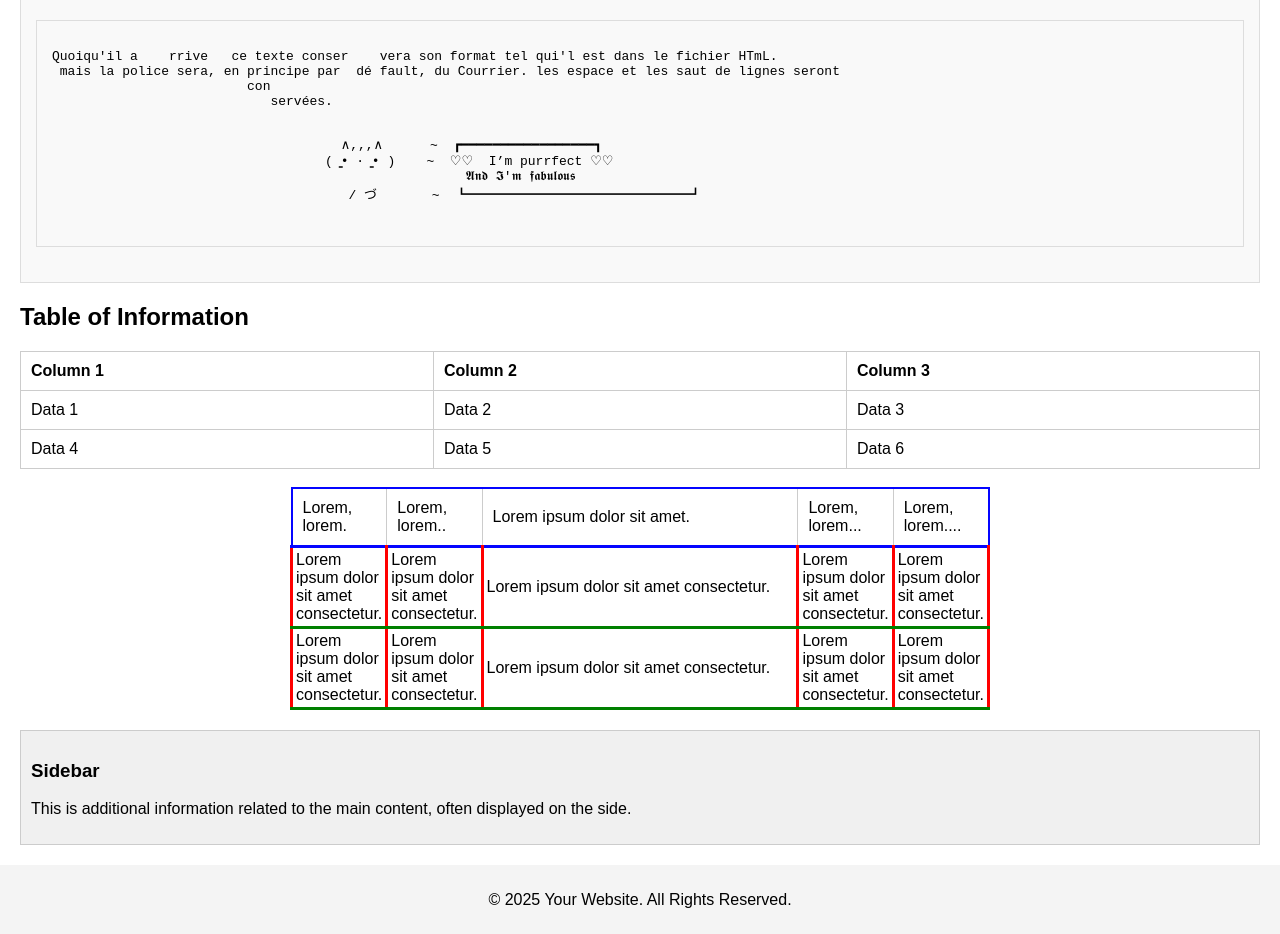
Repository: AnnaSpirit/2025_
Page: Bases/Base.html
The author's editor kept a copy of each file at every save. The page is drawn from the files as they stood at one save, then again after a run of saves.
The browser window is 1280 px wide. The pictures show the part of the page from y = 2138 to 3090 px (the page is 3072 px tall before and 3090 px after).
A picture or video elsewhere on the page could not be fetched, so the positions and the page height are approximate.

Above is the page before, as saved 2025-01-09 11:13:52.
Not found: Bases/styles.css

### Bases/Base.html
<!DOCTYPE html>
<html lang="en"> <!-- Définit le type de document et la langue de la page -->

<head>
	<meta charset="UTF-8"> <!-- Spécifie l'encodage des caractères -->
	<meta name="viewport" content="width=device-width, initial-scale=1.0"> <!-- Mise en page responsive -->
	<meta http-equiv="X-UA-Compatible" content="IE=edge"> <!-- Compatibilité IE -->
	<meta name="description" content="A comprehensive HTML structure template with semantic elements">
	<!-- Description pour SEO -->
	<meta name="keywords" content="HTML, template, semantic structure"> <!-- Mots-clés SEO -->
	<meta name="author" content="Your Name"> <!-- Auteur du document -->
	<title>Base HTML Structure with Semantics</title> <!-- Titre affiché dans l'onglet du navigateur -->
	<link rel="stylesheet" href="styles.css"> <!-- Lien vers une feuille de style externe -->
	<link rel="icon" type="image/png" href="favicon.png"> <!-- Icône de la page -->
	<style>
		body {
			font-family: Arial, sans-serif;
			margin: 0;
			padding: 0;
		}

		header,
		footer {
			background-color: #f4f4f4;
			padding: 10px;
			text-align: center;
		}

		nav {
			background-color: #ddd;
			padding: 10px;
		}

		nav ul {
			list-style: none;
			padding: 0;
			display: flex;
			justify-content: space-around;
		}

		nav ul li {
			margin: 0 10px;
		}

		main {
			padding: 20px;
		}

		article {
			margin-bottom: 20px;
			padding: 15px;
			background-color: #f9f9f9;
			border: 1px solid #ddd;
		}

		section {
			margin-bottom: 20px;
		}

		aside {
			background-color: #f0f0f0;
			padding: 10px;
			border: 1px solid #ccc;
		}

		table {
			width: 100%;
			border-collapse: collapse;
		}

		table,
		th,
		td {
			border: 1px solid #ccc;
		}

		th,
		td {
			padding: 10px;
			text-align: left;
		}
	</style>
</head>

<body>

	<!-- Header Section -->
	<header>
		<h1>Header 1</h1>
		<h2>Welcome to the Semantic HTML Page</h2>
	</header>

	<!-- Navigation Menu -->
	<nav>
		<ul>
			<li><a href="#">Home</a></li>
			<li><a href="#">About</a></li>
			<li><a href="#">Services</a></li>
			<li><a href="#">Contact</a></li>
		</ul>
	</nav>

	<!-- Main Content -->
	<main>
		<!-- Section 1 -->
		<section>
			<h2>Introduction</h2>
			<div>
				<p>This is the first paragraph of the introduction.</p>
			</div>
			<div>
				<p>This is the second paragraph of the introduction, which provides more details.</p>
			</div>
			<div>
				<p>This is the third paragraph of the introduction, concluding the section.</p>
			</div>
		</section>

		<!-- Articles -->
		<section>
			<h2>Articles</h2>
			<article>
				<h3>Article 1</h3>
				<p>This is an article about a specific topic. Articles are useful for displaying self-contained content.
				</p>
				<div>
					<p>Image added from an external link:</p>
					<img src="https://via.placeholder.com/150" alt="Image from external link">
				</div>
				<div>
					<p>Image added from the same directory as the HTML file:</p>
					<img src="local-image.jpg" alt="Image from same directory">
				</div>
				<div>
					<p>Image added from a subfolder named PICT:</p>
					<img src="PICT/subfolder-image.jpg" alt="Image from subfolder">
				</div>
			</article>

			<article>
				<h3>Article 2</h3>
				<p>This is another article providing additional details or stories.</p>
			</article>

			<article>
				<h3>Article 3</h3>
				<p>This article focuses on another unique perspective or topic.</p>
			</article>

			<article>
				<h3>Article 4</h3>
				<p>This is an additional article with valuable content and insights.</p>
			</article>

			<article>
				<h3>Article 5</h3>
				<p>This article discusses an important subject in depth.</p>
			</article>

			<article>
				<h3>Format HTML</h3>
				<article>
					<pre>Quoiqu'il a    rrive   ce texte conser    vera son format tel qui'l est dans le fichier HTmL. <br> mais la police sera, en principe par  dé fault, du Courrier. les espace et les saut de lignes seront
                         con
                            servées.</pre>
					<!-- <pre>  Defines pre-formatted text -->
					<pre> <!-- https://www.messletters.com/fr/ -->
                                     ∧,,,∧      ~  ┏━━━━━━━━━━━━━━━━━┓
                                   ( ̳• · ̳• )    ~  ♡♡  I’m purrfect ♡♡
                                                     𝕬𝖓𝖉 𝕴'𝖒 𝖋𝖆𝖇𝖚𝖑𝖔𝖚𝖘
                                      / づ       ~  ┗━━━━━━━━━━━━━━━━━┛
                    </pre>
				</article>
			</article>
		</section>

		<!-- Table Section -->
		<section>
			<h2>Table of Information</h2>
			<table>
				<thead>
					<tr>
						<th>Column 1</th>
						<th>Column 2</th>
						<th>Column 3</th>
					</tr>
				</thead>
				<tbody>
					<tr>
						<td>Data 1</td>
						<td>Data 2</td>
						<td>Data 3</td>
					</tr>
					<tr>
						<td>Data 4</td>
						<td>Data 5</td>
						<td>Data 6</td>
					</tr>
				</tbody>
			</table>
<br
<br
			<!-- inserer un tableau de 5 sur 3 -->
			<table
				style="width: 700px; height: 100px; margin-left: auto; margin-right: auto; border: 2px solid #0505ff; border-collapse: collapse;">
				<tbody>
					<tr style="border-bottom: 3px solid  background-color: rgb(136, 220, 235);">
						<td>Lorem, lorem.</td>
						<td>Lorem, lorem..</td>
						<td style="width: 300px">Lorem ipsum dolor sit amet.</td>
						<td>Lorem, lorem...</td>
						<td>Lorem, lorem....</td>
					</tr>
					<tr>
						<td
							style="border-top: 3px solid #0505ff; border-bottom: 3px solid green; border-left: 3px solid red; border-right: 3px solid red; padding: 3px; height: 50px;">
							Lorem ipsum dolor sit amet consectetur.</td>
						<td
							style="border-top: 3px solid #0505ff;border-bottom: 3px solid green; border-left: 3px solid red; border-right: 3px solid red; padding: 3px; height: 50px;">
							Lorem ipsum dolor sit amet consectetur.</td>
						<td
							style="border-top: 3px solid #0505ff;border-bottom: 3px solid green; border-left: 3px solid red; border-right: 3px solid red; padding: 3px; height: 50px;">
							Lorem ipsum dolor sit amet consectetur.</td>
						<td
							style="border-top: 3px solid #0505ff;border-bottom: 3px solid green; border-left: 3px solid red; border-right: 3px solid red; padding: 3px; height: 50px;">
							Lorem ipsum dolor sit amet consectetur.</td>
						<td
							style="border-top: 3px solid #0505ff;border-bottom: 3px solid green; border-left: 3px solid red; border-right: 3px solid red; padding: 3px; height: 50px;">
							Lorem ipsum dolor sit amet consectetur.</td>
					</tr>
					<tr>
						<td
							style="border-bottom: 3px solid green; border-left: 3px solid red; border-right: 3px solid red; padding: 3px; height: 50px;">
							Lorem ipsum dolor sit amet consectetur.</td>
						<td
							style="border-bottom: 3px solid green; border-left: 3px solid red; border-right: 3px solid red; padding: 3px; height: 50px;">
							Lorem ipsum dolor sit amet consectetur.</td>
						<td
							style="border-bottom: 3px solid green; border-left: 3px solid red; border-right: 3px solid red; padding: 3px; height: 50px;">
							Lorem ipsum dolor sit amet consectetur.</td>
						<td
							style="border-bottom: 3px solid green; border-left: 3px solid red; border-right: 3px solid red; padding: 3px; height: 50px;">
							Lorem ipsum dolor sit amet consectetur.</td>
						<td
							style="border-bottom: 3px solid green; border-left: 3px solid red; border-right: 3px solid red; padding: 3px; height: 50px;">
							Lorem ipsum dolor sit amet consectetur.</td>
					</tr>
				</tbody>
			</table>
		</section>

		<!-- Sidebar -->
		<aside>
			<h3>Sidebar</h3>
			<p>This is additional information related to the main content, often displayed on the side.</p>
		</aside>
	</main>

	<!-- Footer Section -->
	<footer>
		<p>&copy; 2025 Your Website. All Rights Reserved.</p>
	</footer>

</body>

</html>

After the next 2 saves:
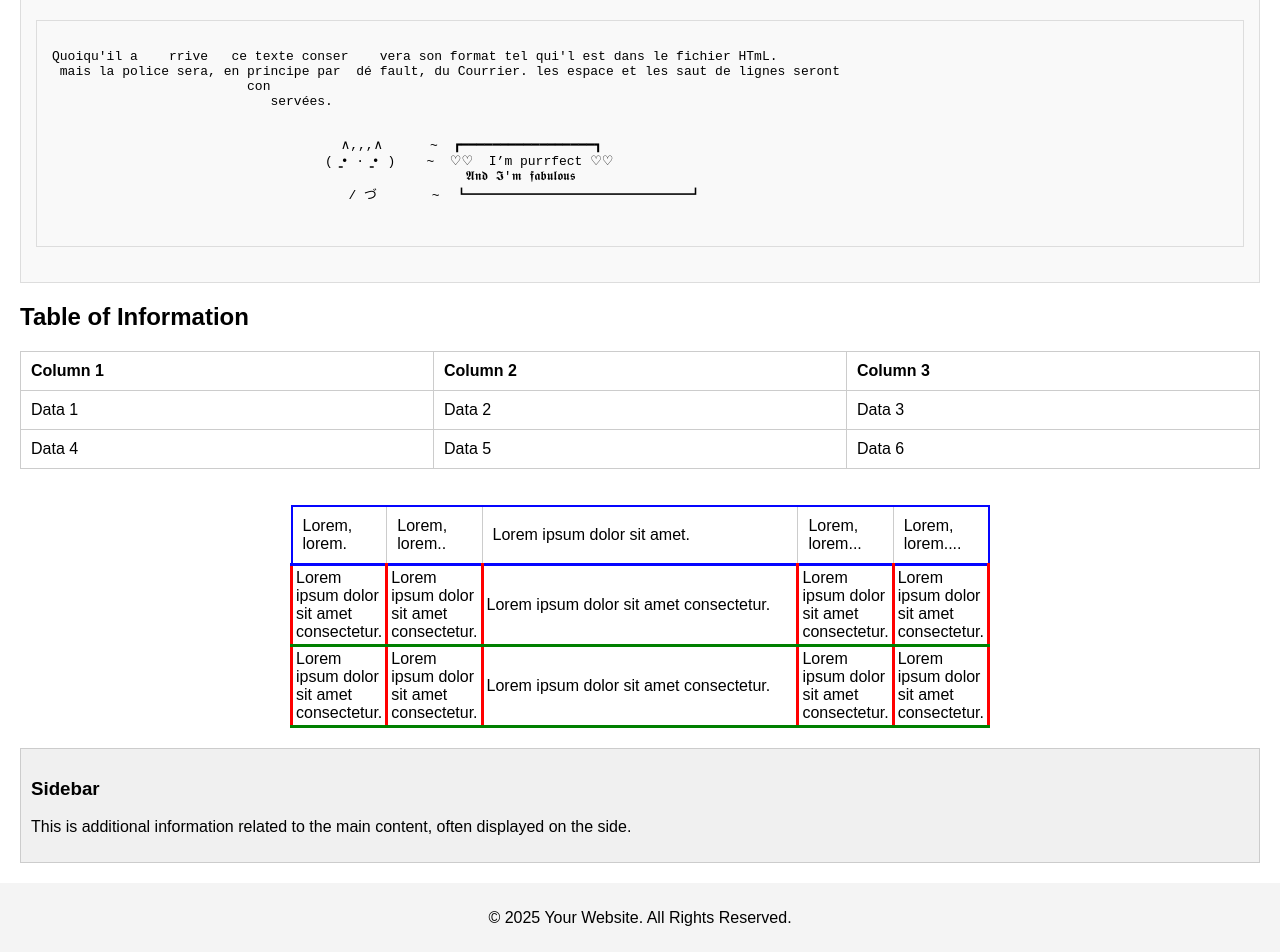
The 2 saves are shown as one change because they came seconds apart.
The last was saved 15 s later.
--- a/Bases/Base.html
+++ b/Bases/Base.html
@@ -198,8 +198,8 @@
 					</tr>
 				</tbody>
 			</table>
-<br
-<br
+<br>
+<br>
 			<!-- inserer un tableau de 5 sur 3 -->
 			<table
 				style="width: 700px; height: 100px; margin-left: auto; margin-right: auto; border: 2px solid #0505ff; border-collapse: collapse;">
